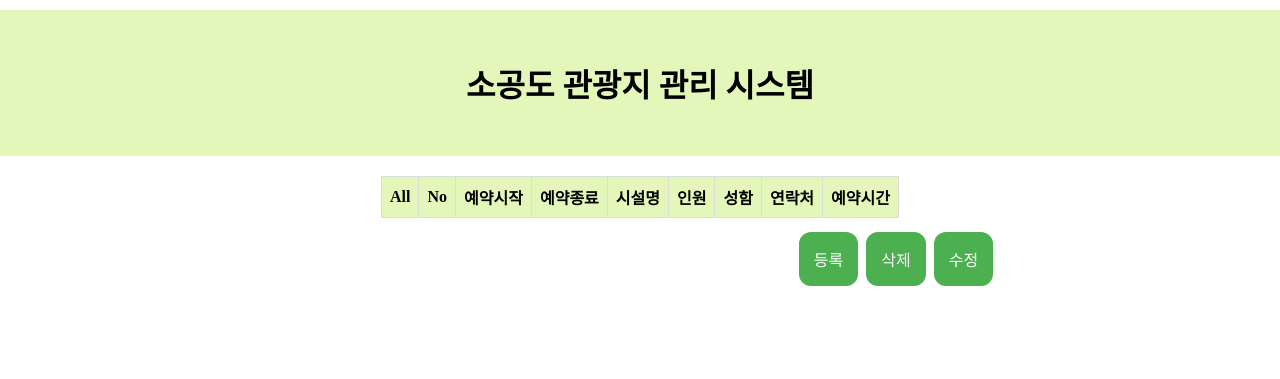
Repository: psyoongsc/SogongDo_Facility
Page: http://localhost/SogongDo_Management_System/Reserv_Cancel_Mgmt/InquiryCancelView.jsp
The author's editor kept a copy of each file at every save. The page is drawn from the files as they stood at one save, then again after the next save.
The browser window is 1280 px wide. The pictures show the whole page.
The page is served by Tomcat 9. Nobody is signed in. The application's start-up code is not run.

Above is the page before, as saved 2020-06-25 20:05:34.

After the next save:
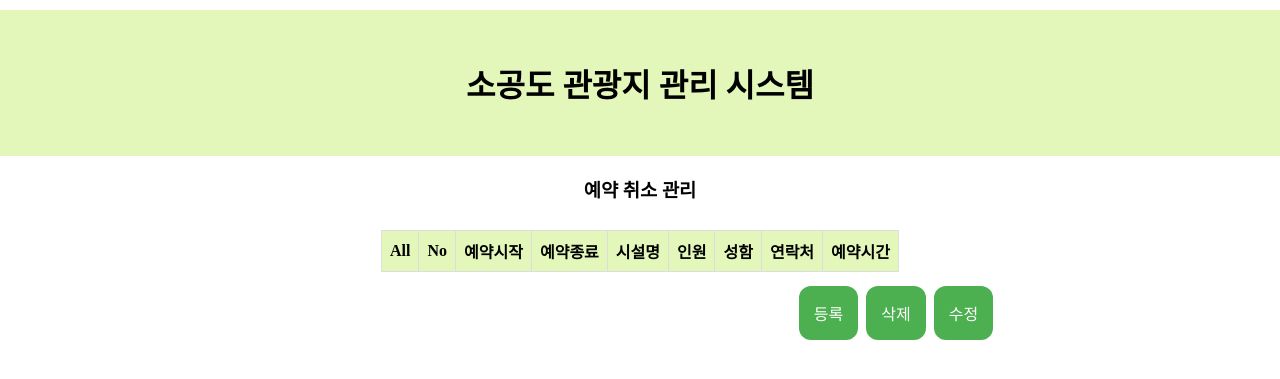
Saved 34 s later.
--- a/SogongDo_Management_System/WebContent/Reserv_Cancel_Mgmt/InquiryCancelView.jsp
+++ b/SogongDo_Management_System/WebContent/Reserv_Cancel_Mgmt/InquiryCancelView.jsp
@@ -58,6 +58,7 @@
 </head>
 <body>
 <%@ include file="../head_banner.jsp" %>
+<h3>예약 취소 관리</h3>
         <div class="content">
 
             <table>
